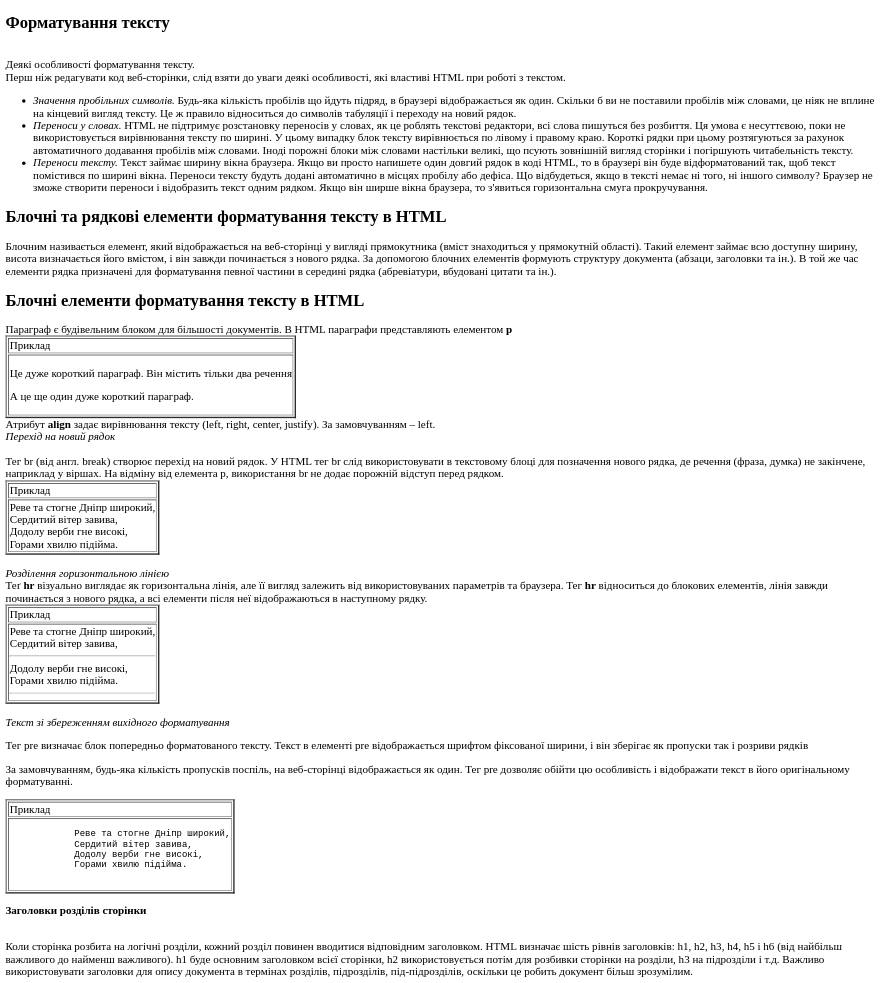
Repository: KseniaMakara/Web
Page: Web/directory.html
The author's editor kept a copy of each file at every save. The page is drawn from the files as they stood at one save, then again after the next save.
The browser window is 1280 px wide. The pictures show the whole page, at 69% of full size.

Above is the page before, as saved 2021-02-15 17:00:57.

### Web/directory.html

    <!doctype HTML>
    <html>
        <head>
           <title>First HTML</title>
        </head>
    <body>
        <h2>Форматування тексту </h2>
        <br>Деякі особливості форматування тексту.</br>
        Перш ніж редагувати код веб-сторінки, слід взяти до уваги деякі
        особливості, які властиві HTML при роботі з текстом.
        <ul>
        <li><dfn>Значення пробільних символів.</dfn> Будь-яка кількість пробілів що йдуть
        підряд, в браузері відображається як один. Скільки б ви не поставили пробілів
        між словами, це ніяк не вплине на кінцевий вигляд тексту. Це ж правило
        відноситься до символів табуляції і переходу на новий рядок.</li>
        <li><dfn>Переноси у словах.</dfn> HTML не підтримує розстановку переносів у
        словах, як це роблять текстові редактори, всі слова пишуться без розбиття. Ця
        умова є несуттєвою, поки не використовується вирівнювання тексту по ширині.
        У цьому випадку блок тексту вирівнюється по лівому і правому краю. Короткі
        рядки при цьому розтягуються за рахунок автоматичного додавання пробілів між
        словами. Іноді порожні блоки між словами настільки великі, що псують
        зовнішній вигляд сторінки і погіршують читабельність тексту.</li>
        <li><dfn>Переноси тексту. </dfn> Текст займає ширину вікна браузера. Якщо ви
        просто напишете один довгий рядок в коді HTML, то в браузері він буде
        відформатований так, щоб текст помістився по ширині вікна. Переноси тексту
        будуть додані автоматично в місцях пробілу або дефіса. Що відбудеться, якщо в
        тексті немає ні того, ні іншого символу? Браузер не зможе створити переноси і
        відобразить текст одним рядком. Якщо він ширше вікна браузера, то з'явиться
        горизонтальна смуга прокручування.</li>
        </ul>
        <h2><strong>Блочні та рядкові елементи форматування тексту в HTML</strong></h2>
        Блочним називається елемент, який відображається на веб-сторінці у вигляді
        прямокутника (вміст знаходиться у прямокутній області). Такий елемент займає
        всю доступну ширину, висота визначається його вмістом, і він завжди
        починається з нового рядка. За допомогою блочних елементів формують
        структуру документа (абзаци, заголовки та ін.). В той же час елементи рядка
        призначені для форматування певної частини в середині рядка (абревіатури,
        вбудовані цитати та ін.).
        <h2>Блочні елементи форматування тексту в HTML</h2>
        Параграф є будівельним блоком для більшості документів. В HTML
        параграфи представляють елементом <strong>p</strong>
        <table border = "2px">
            <tr>
                <td> Приклад </td>

            </tr>
            <tr>
                <td> <p>Це дуже короткий
                    параграф. Він містить тільки
                    два речення </p>
                    <p>А це ще один дуже
                    короткий параграф. </p></td>
            </tr>

        </table>
Атрибут <strong>align</strong> задає вирівнювання тексту (left, right, center,
justify). За замовчуванням – left.
<br><dfn>Перехід на новий рядок</dfn></br>

<br> Тег br (від англ. break) створює перехід на новий рядок. У HTML тег
br слід використовувати в текстовому блоці для позначення нового рядка, де
речення (фраза, думка) не закінчене, наприклад у віршах.
На відміну від елемента p, використання br не додає порожній відступ
перед рядком.
</br>
<table border = "2px">
    <tr>
        <td> Приклад </td>

    </tr>
    <tr>
        <td> Реве та стогне Дніпр широкий, <br/>
            Сердитий вітер завива,<br>
            Додолу верби гне високі,<br>
            Горами хвилю підійма.<br></td>
    </tr>
</table>
<br> <dfn> Розділення горизонтальною лінією</dfn></br>
Теґ <strong>hr</strong> візуально виглядає як горизонтальна лінія, але її вигляд залежить
від використовуваних параметрів та браузера. Тег <strong>hr</strong> відноситься до блокових
елементів, лінія завжди починається з нового рядка, а всі елементи після неї
відображаються в наступному рядку.
<table border = "2px">
    <tr>
        <td> Приклад </td>

    </tr>
    <tr>
        <td> Реве та стогне Дніпр широкий, <br>
            Сердитий вітер завива,<br> <hr>
            Додолу верби гне високі,<br>
            Горами хвилю підійма.<br> <hr></td>
    </tr>
</table>
<br> <dfn>Текст зі збереженням вихідного форматування</dfn></br>
<p>
    Тег pre визначає блок попередньо форматованого тексту. Текст в
        елементі pre відображається шрифтом фіксованої ширини, і він зберігає як
        пропуски так і розриви рядків
</p>
<p>
    За замовчуванням, будь-яка кількість пропусків поспіль, на веб-сторінці
відображається як один. Тег pre дозволяє обійти цю особливість і
відображати текст в його оригінальному форматуванні.
</p>
<table border = "2px">
    <tr>
        <td> Приклад </td>

    </tr>
    <tr>
        <td><pre>
            Реве та стогне Дніпр широкий,
            Сердитий вітер завива,
            Додолу верби гне високі,
            Горами хвилю підійма.
            </pre></td>
    </tr>
</table>
<p><strong>Заголовки розділів сторінки</strong></p>
<br>Коли сторінка розбита на логічні розділи, кожний розділ повинен вводитися
відповідним заголовком. HTML визначає шість рівнів заголовків: h1, h2, h3, h4,
    h5 і h6 (від найбільш важливого до найменш важливого). h1 буде основним
    заголовком всієї сторінки, h2 використовується потім для розбивки сторінки на
    розділи, h3 на підрозділи і т.д. Важливо використовувати заголовки для опису
    документа в термінах розділів, підрозділів, під-підрозділів, оскільки це робить
    документ більш зрозумілим.
</br>



</body>
    </html>

After the next save:
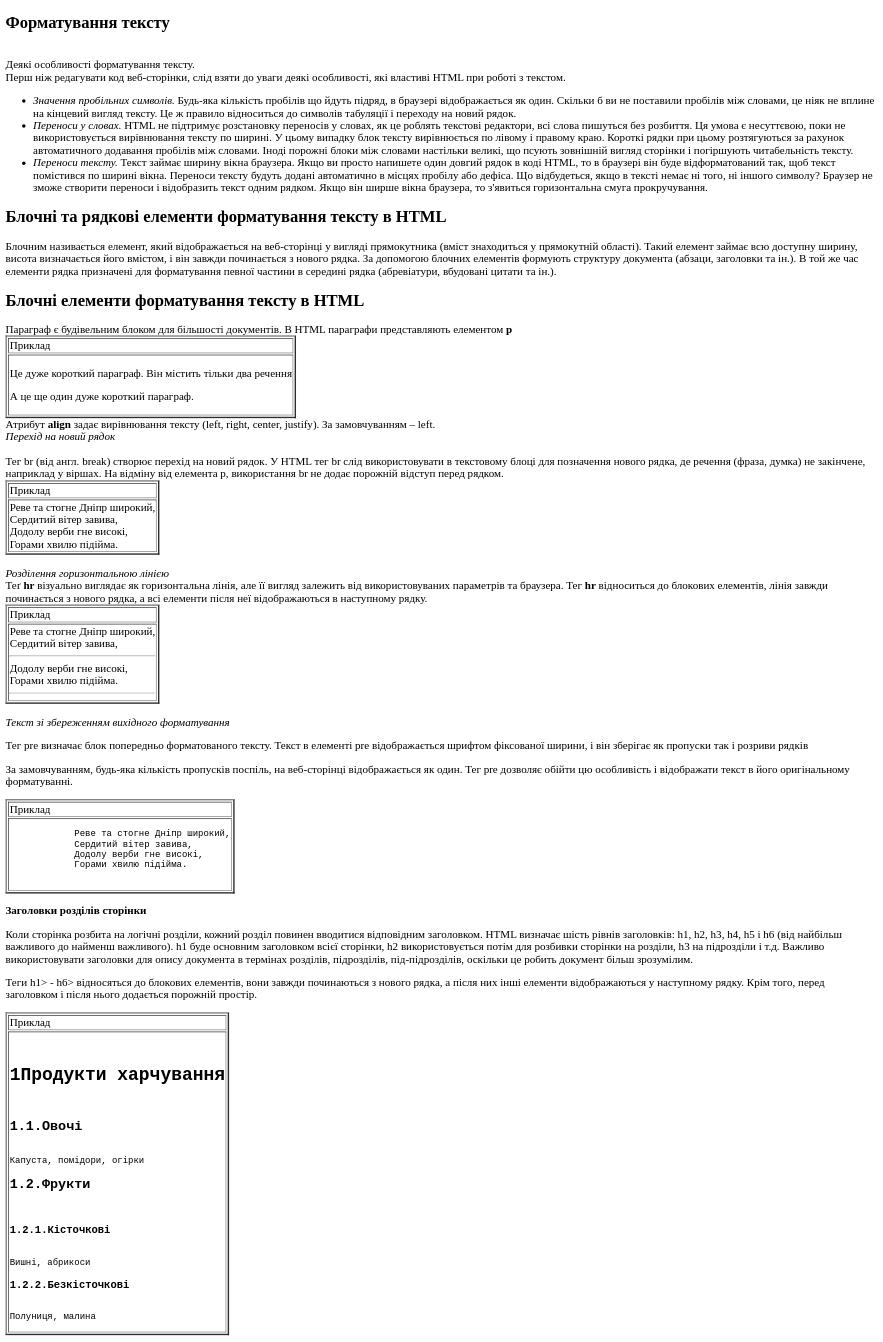
Saved 112 s later.
--- a/Web/directory.html
+++ b/Web/directory.html
@@ -119,14 +119,39 @@ br слід використовувати в текстовому блоці д
     </tr>
 </table>
 <p><strong>Заголовки розділів сторінки</strong></p>
-<br>Коли сторінка розбита на логічні розділи, кожний розділ повинен вводитися
+<p>Коли сторінка розбита на логічні розділи, кожний розділ повинен вводитися
 відповідним заголовком. HTML визначає шість рівнів заголовків: h1, h2, h3, h4,
     h5 і h6 (від найбільш важливого до найменш важливого). h1 буде основним
     заголовком всієї сторінки, h2 використовується потім для розбивки сторінки на
     розділи, h3 на підрозділи і т.д. Важливо використовувати заголовки для опису
     документа в термінах розділів, підрозділів, під-підрозділів, оскільки це робить
     документ більш зрозумілим.
-</br>
+</p>
+<p>
+    Теги h1> - h6> відносяться до блокових елементів, вони завжди
+        починаються з нового рядка, а після них інші елементи відображаються у
+        наступному рядку. Крім того, перед заголовком і після нього додається порожній
+        простір.
+
+</p>
+<table border = "2px">
+    <tr>
+        <td> Приклад </td>
+
+    </tr>
+    <tr>
+        <td>
+            <pre>
+            <h1>1Продукти харчування</h1>
+<h2>1.1.Овочі</h2>
+Капуста, помідори, огірки
+<h2>1.2.Фрукти</h2>
+<h3>1.2.1.Кісточкові</h3>
+Вишні, абрикоси
+<h3>1.2.2.Безкісточкові</h3>
+Полуниця, малина</td>
+    </tr>
+</table>
 
 
 
